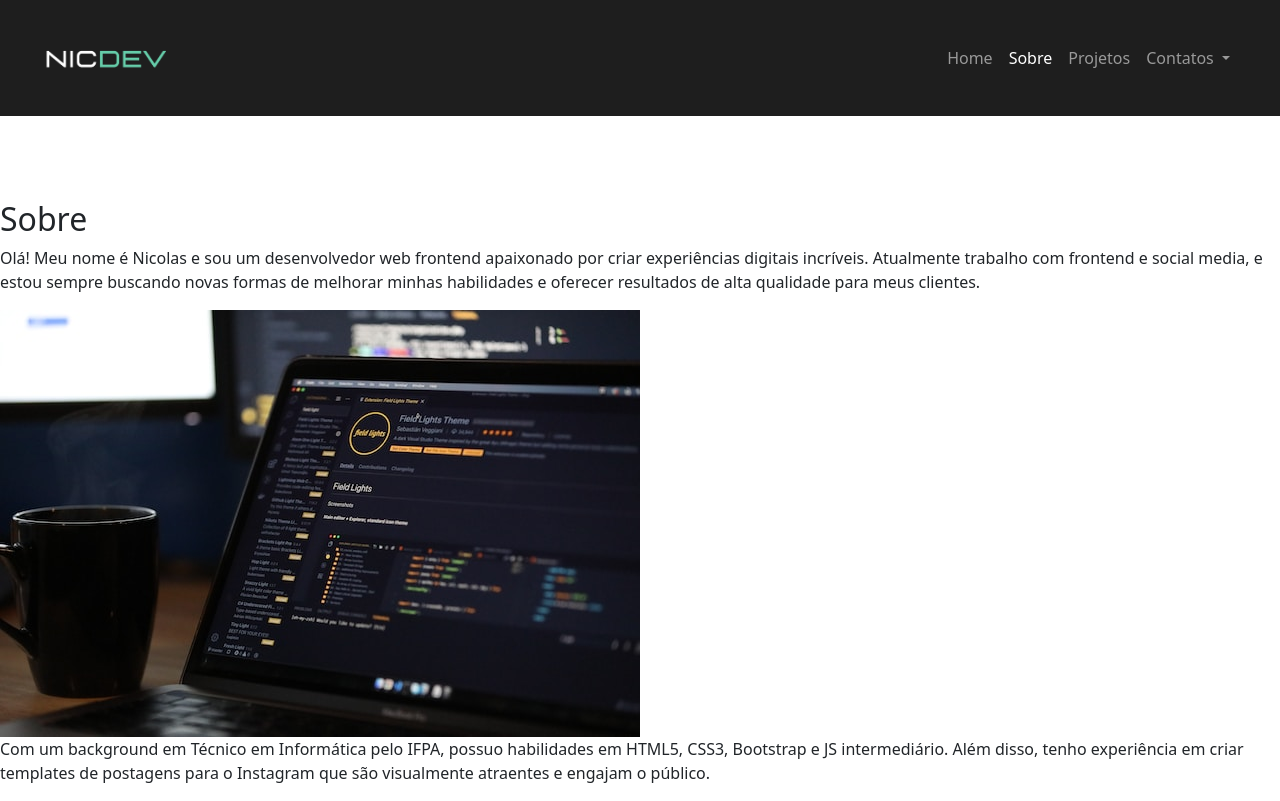
Repository: Leonngc/nicdev
Page: about.html
These files come from the project's save history. The page is drawn as it stood at one moment and after the next save; the edit follows.
The browser window is 1280 px wide. The pictures show the whole page.

Above is the page before, as saved 2023-04-15 17:32:25.

### about.html
<html lang="pt-br">
<head>
    <meta charset="UTF-8">
    <meta http-equiv="X-UA-Compatible" content="IE=edge">
    <meta name="viewport" content="width=device-width, initial-scale=1.0">
    <title>nicdev - Sobre</title>
    <link href="https://cdn.jsdelivr.net/npm/bootstrap@5.0.2/dist/css/bootstrap.min.css" rel="stylesheet" integrity="sha384-EVSTQN3/azprG1Anm3QDgpJLIm9Nao0Yz1ztcQTwFspd3yD65VohhpuuCOmLASjC" crossorigin="anonymous">
    <link rel="stylesheet" href="styles/scrollbar.css">
    <link rel="stylesheet" href="styles/about.css">
</head>
<body>

<header style="background-color: #1e1e1e; padding: 30px;" class="fixed-top">

        <nav class="navbar navbar-expand-lg navbar-dark">
            <div class="container-fluid">
              <a class="navbar-brand" href="index.html"><img src="images/nicdev-logo.png" alt="logo da NicDev" style="width: 130px"></a>
              <button class="navbar-toggler" type="button" data-bs-toggle="collapse" data-bs-target="#navbarNavDropdown" aria-controls="navbarNavDropdown" aria-expanded="false" aria-label="Toggle navigation">
                <span class="navbar-toggler-icon"></span>
              </button>
              <div class="collapse navbar-collapse justify-content-end" id="navbarNavDropdown">
                <ul class="navbar-nav ">
                  <li class="nav-item">
                    <a class="nav-link" href="index.html" target="_parent">Home</a>
                  </li>
                  <li class="nav-item">
                    <a class="nav-link active disabled" href="#">Sobre</a>
                  </li>
                  <li class="nav-item">
                    <a class="nav-link" href="projects.html" target="_parent">Projetos</a>
                  </li>

                  <li class="nav-item dropdown">
                    <a class="nav-link dropdown-toggle" href="#" id="navbarDropdownMenuLink" role="button" data-bs-toggle="dropdown" aria-expanded="false">
                      Contatos
                    </a>
                    <ul class="dropdown-menu" aria-labelledby="navbarDropdownMenuLink">
                      <li><a class="dropdown-item" href="#">WhatsApp <img src="images/whatsapp.png" alt="" class="redes-logo"></a></li>
                      <li><a class="dropdown-item" href="#">Email <img src="images/gmail (1).png" alt="" class="redes-logo"></a></li>
                      <li><a class="dropdown-item" href="#">Linkedin <img src="images/linkedin.png" alt="" class="redes-logo"></a></li>
                    </ul>
                  </li>
                </ul>
              </div>
            </div>
          </nav>
</header>


<main>

<h2>Sobre</h2>
<p>Olá! Meu nome é Nicolas e sou um desenvolvedor web frontend apaixonado por criar experiências digitais incríveis. Atualmente trabalho com frontend e social media, e estou sempre buscando novas formas de melhorar minhas habilidades e oferecer resultados de alta qualidade para meus clientes.</p>
<img src="images/desktopcode.jpg" alt="">

<p>Com um background em Técnico em Informática pelo IFPA, possuo habilidades em HTML5, CSS3, Bootstrap e JS intermediário. Além disso, tenho experiência em criar templates de postagens para o Instagram que são visualmente atraentes e engajam o público.</p>
</main>

    <script src="https://cdn.jsdelivr.net/npm/bootstrap@5.0.2/dist/js/bootstrap.bundle.min.js" integrity="sha384-MrcW6ZMFYlzcLA8Nl+NtUVF0sA7MsXsP1UyJoMp4YLEuNSfAP+JcXn/tWtIaxVXM" crossorigin="anonymous"></script>
</body>
</html>

### styles/scrollbar.css
body{
    overflow-x: hidden;
}
body::-webkit-scrollbar {
    width: 6px;               /* width of the entire scrollbar */
  }

  body::-webkit-scrollbar-track {
    background: rgb(5, 5, 5);        /* color of the tracking area */
  }

  body::-webkit-scrollbar-thumb {
    background-color: #4BC6B9;    /* color of the scroll thumb */
    border-radius: 20px;       /* roundness of the scroll thumb */
  }

  .redes-logo{
    width: 30px;
    padding: 6px;
  }

### styles/about.css
@import url('https://fonts.googleapis.com/css2?family=Bebas+Neue&display=swap'); /* CDN GOOGLE  FONT */
@import url('https://cdn-uicons.flaticon.com/uicons-solid-straight/css/uicons-solid-straight.css'); /* CDN ICON*/
@font-face {
    font-family: Lastica;
    src: url(../fonts/instrg.ttf)
}

*{
    max-width: 100vw;
}

:root{
 --bebas-neue : 'Bebas Neue', cursive;
}

main{
    margin-top: 200px;
}

body{
    max-width: 100vw;
    overflow-x: hidden;
}

After the next save:
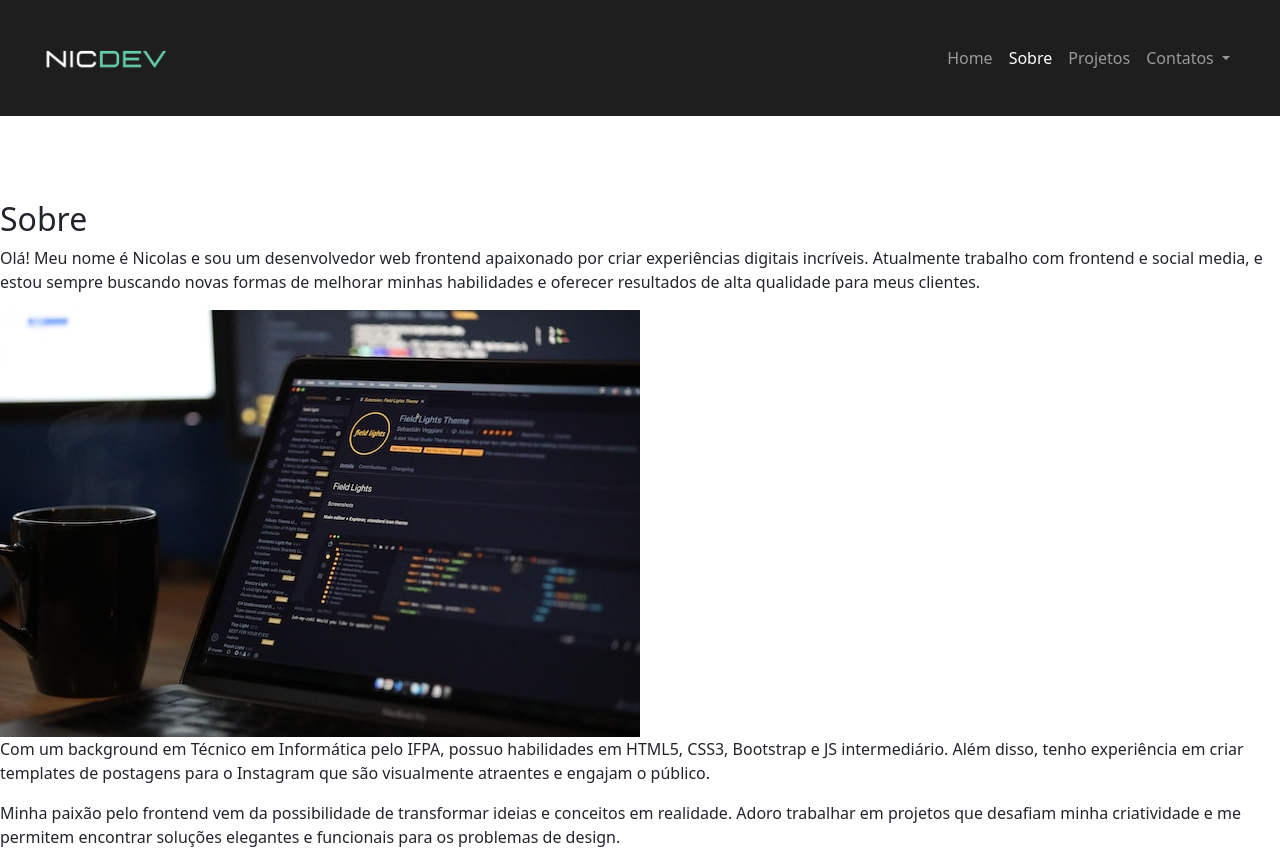
Saved 27 s later.
--- a/about.html
+++ b/about.html
@@ -54,6 +54,8 @@
 <img src="images/desktopcode.jpg" alt="">
 
 <p>Com um background em Técnico em Informática pelo IFPA, possuo habilidades em HTML5, CSS3, Bootstrap e JS intermediário. Além disso, tenho experiência em criar templates de postagens para o Instagram que são visualmente atraentes e engajam o público.</p>
+
+<p>Minha paixão pelo frontend vem da possibilidade de transformar ideias e conceitos em realidade. Adoro trabalhar em projetos que desafiam minha criatividade e me permitem encontrar soluções elegantes e funcionais para os problemas de design.</p>
 </main>
 
     <script src="https://cdn.jsdelivr.net/npm/bootstrap@5.0.2/dist/js/bootstrap.bundle.min.js" integrity="sha384-MrcW6ZMFYlzcLA8Nl+NtUVF0sA7MsXsP1UyJoMp4YLEuNSfAP+JcXn/tWtIaxVXM" crossorigin="anonymous"></script>
